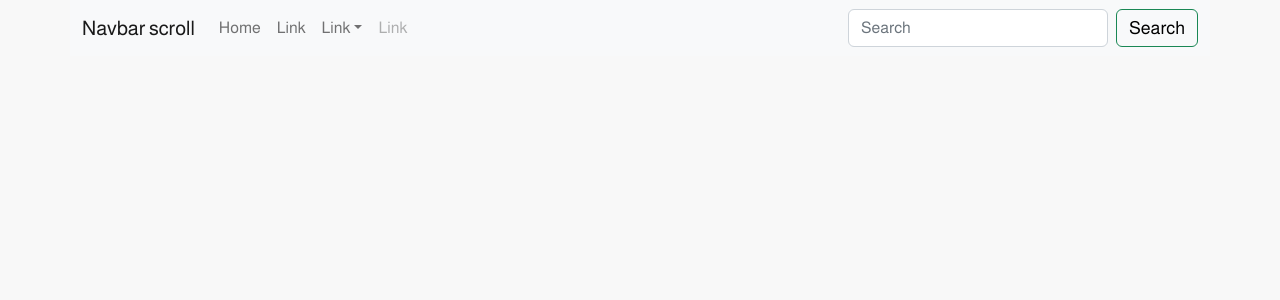
Repository: SD-Mdouka/react-table
Page: /
These files come from the project's save history. The page is drawn as it stood at one moment and after the next save; the edit follows.
The browser window is 1280 px wide. The pictures show the whole page.
The project was rebuilt for these pictures with package versions that can differ from the ones it lists, and the page was loaded fresh each time.

Above is the page before, as saved 2022-10-06 15:27:14.

After the next save:
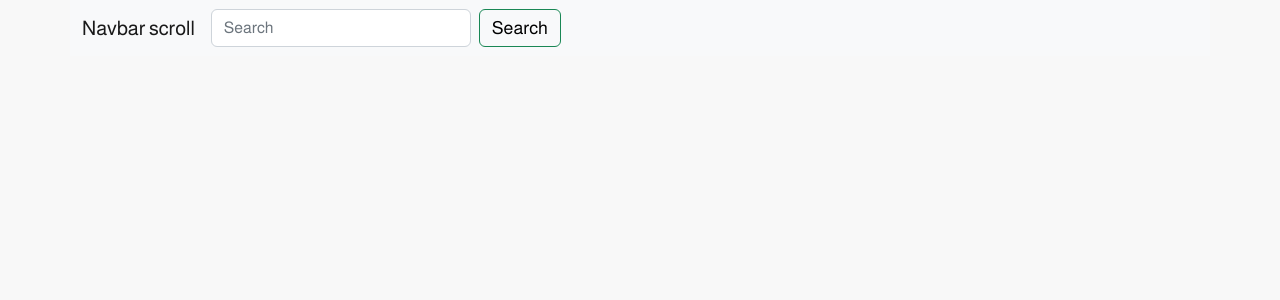
Saved 2 min 54 s later.
--- a/src/components/Navbar.js
+++ b/src/components/Navbar.js
@@ -17,27 +17,6 @@ const NavBar = () => {
           <Navbar.Brand href="#">Navbar scroll</Navbar.Brand>
           <Navbar.Toggle aria-controls="navbarScroll" />
           <Navbar.Collapse id="navbarScroll">
-            <Nav
-              className="me-auto my-2 my-lg-0"
-              style={{ maxHeight: "100px" }}
-              navbarScroll
-            >
-              <Nav.Link href="#action1">Home</Nav.Link>
-              <Nav.Link href="#action2">Link</Nav.Link>
-              <NavDropdown title="Link" id="navbarScrollingDropdown">
-                <NavDropdown.Item href="#action3">Action</NavDropdown.Item>
-                <NavDropdown.Item href="#action4">
-                  Another action
-                </NavDropdown.Item>
-                <NavDropdown.Divider />
-                <NavDropdown.Item href="#action5">
-                  Something else here
-                </NavDropdown.Item>
-              </NavDropdown>
-              <Nav.Link href="#" disabled>
-                Link
-              </Nav.Link>
-            </Nav>
             <Form className="d-flex">
               <Form.Control
                 type="search"
